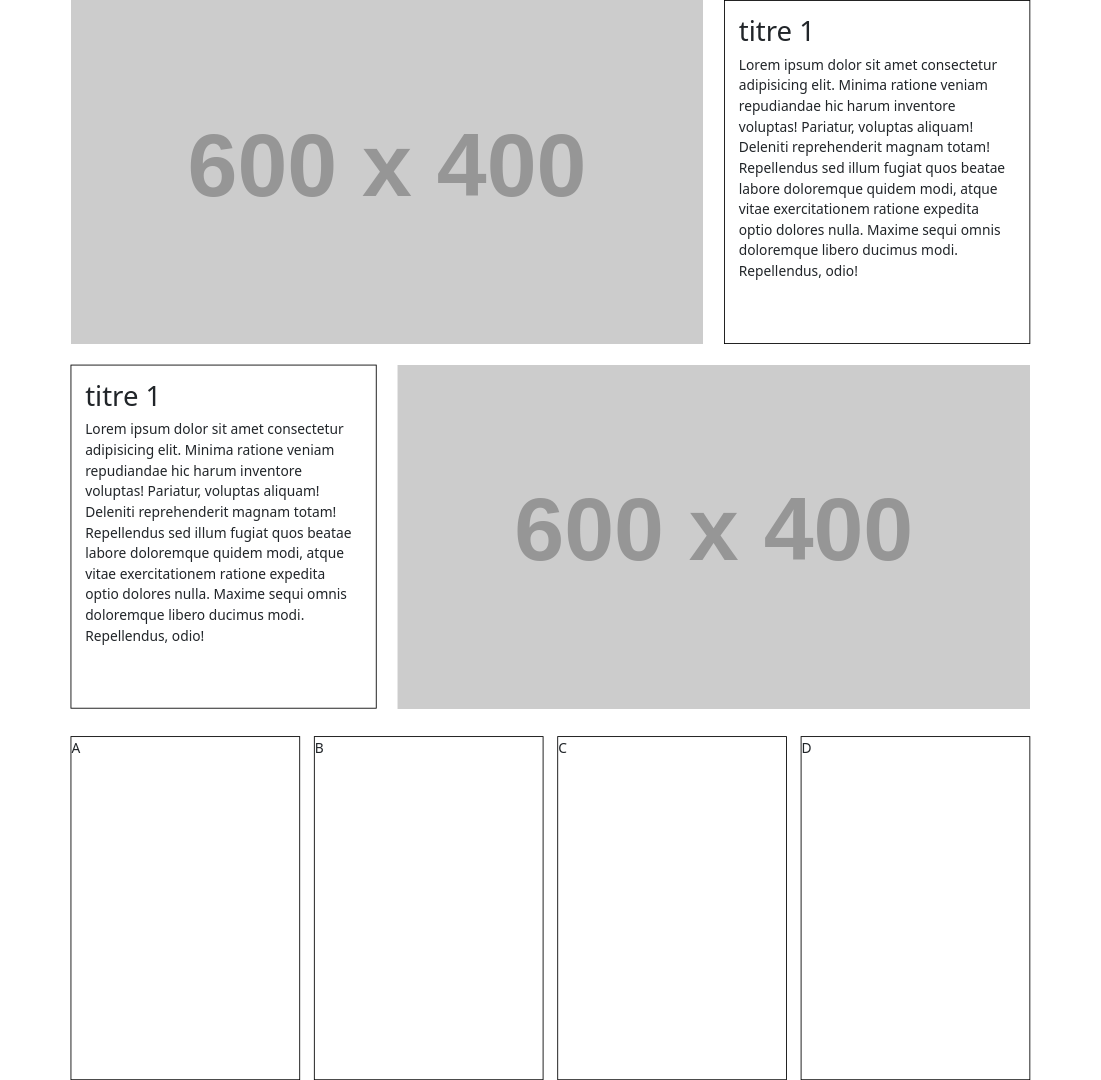
Repository: fbansept/ran3_24_jeu
Page: correction-tp.html
An editor plug-in stored every save of this project. The page is shown before and after the next save, followed by the edit.
The browser window is 1280 px wide. The pictures show the whole page, at 86% of full size.

Above is the page before, as saved 2024-10-22 15:37:11.

After the next save:
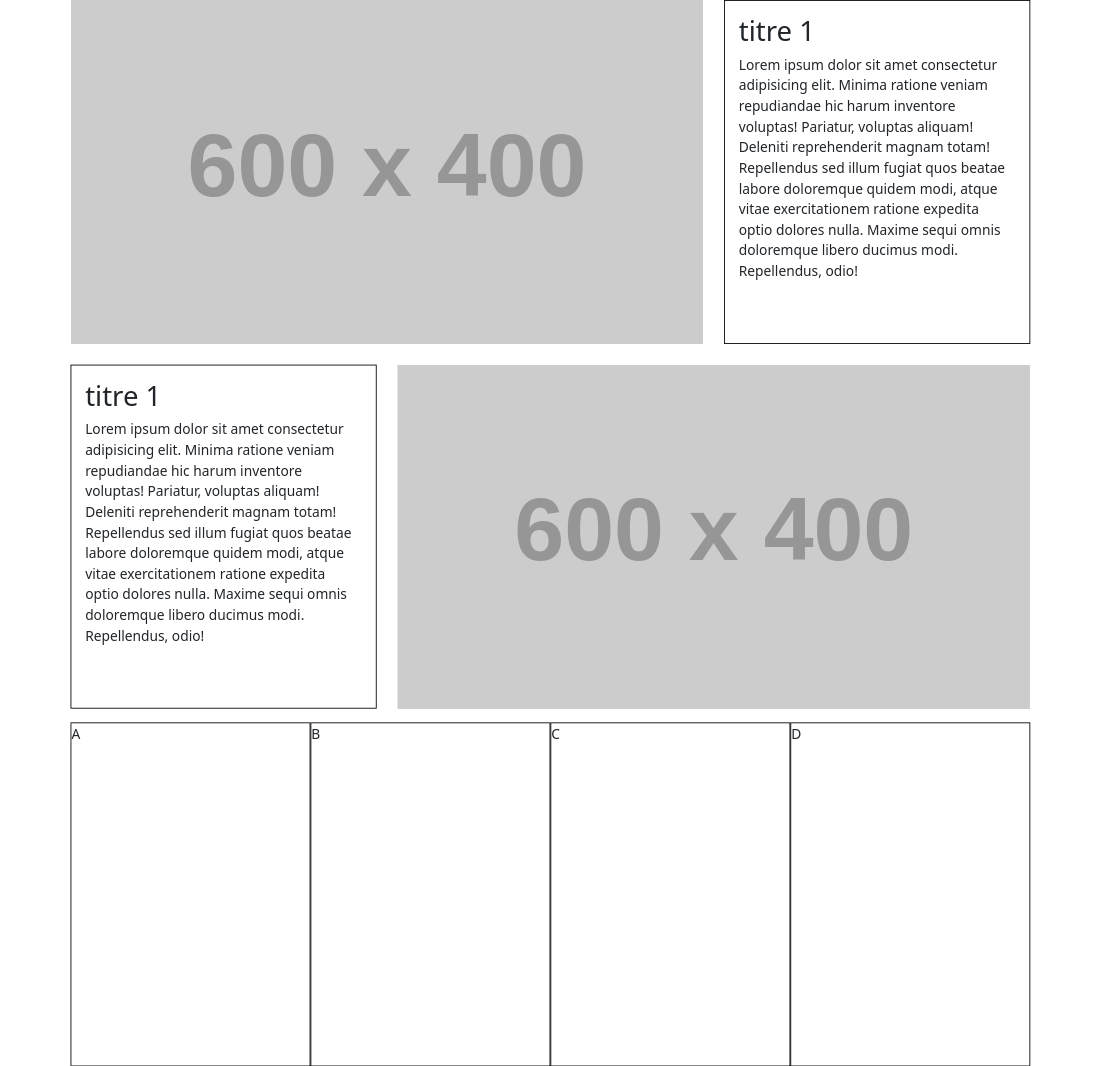
Saved 5 min 13 s later.
--- a/correction-tp.html
+++ b/correction-tp.html
@@ -65,7 +65,7 @@
       </div>
     </section>
     <section
-      class="row row-cols-1 row-cols-md-2 row-cols-lg-4 g-3 g-md-0 g-lg-3 mt-2 mt-md-3"
+      class="row row-cols-1 row-cols-md-2 row-cols-lg-4 g-3 g-md-0 g-x-lg-3 mt-2 mt-md-3"
     >
       <article class="col">
         <div><span>A</span></div>

After the 2 saves that followed:
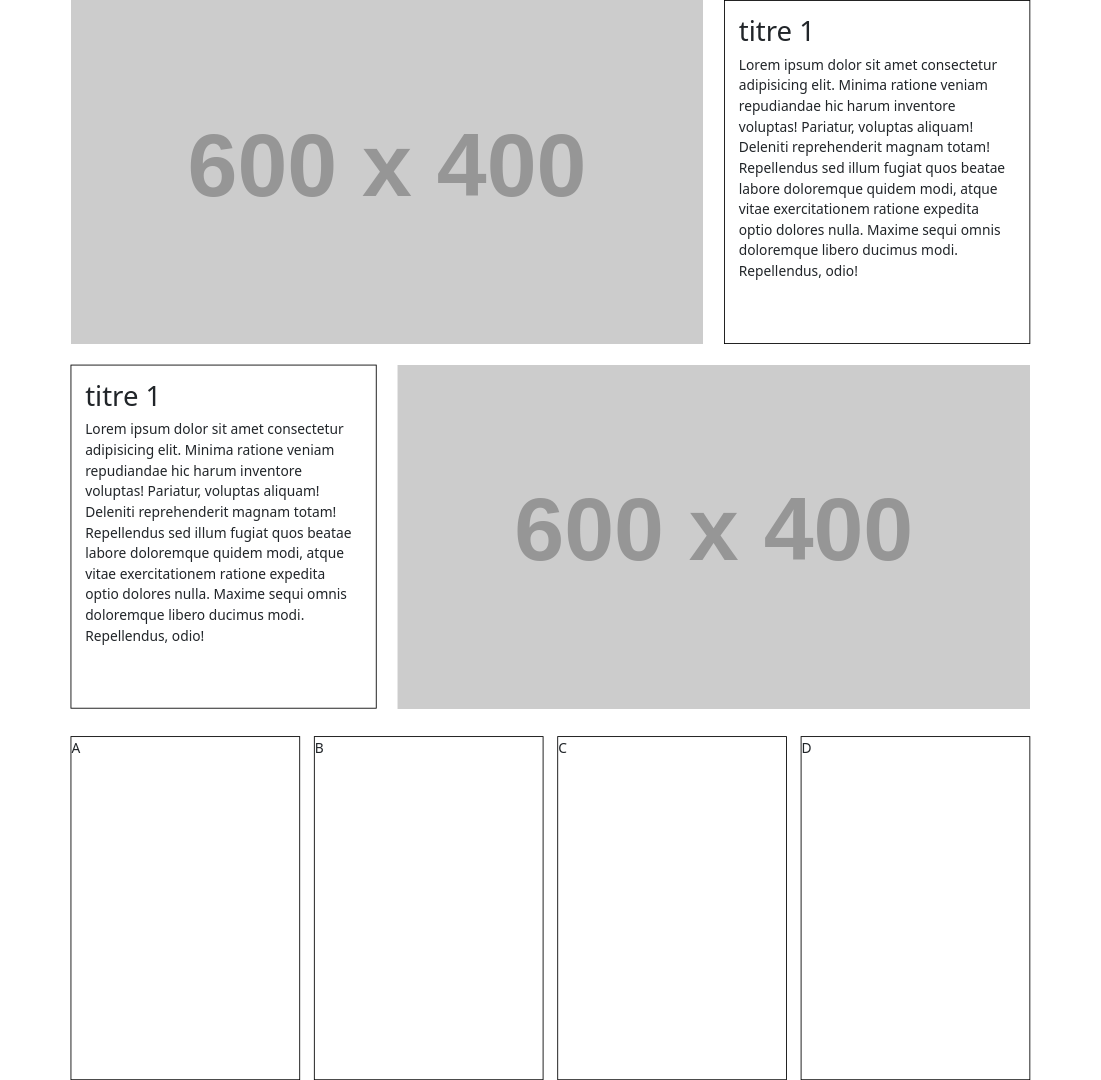
The 2 saves are shown as one change because they came seconds apart.
The last was saved 19 s later.
--- a/correction-tp.html
+++ b/correction-tp.html
@@ -65,7 +65,7 @@
       </div>
     </section>
     <section
-      class="row row-cols-1 row-cols-md-2 row-cols-lg-4 g-3 g-md-0 g-x-lg-3 mt-2 mt-md-3"
+      class="row row-cols-1 row-cols-md-2 row-cols-lg-4 g-3 g-md-0 g-lg-3 mt-2 mt-md-3"
     >
       <article class="col">
         <div><span>A</span></div>
